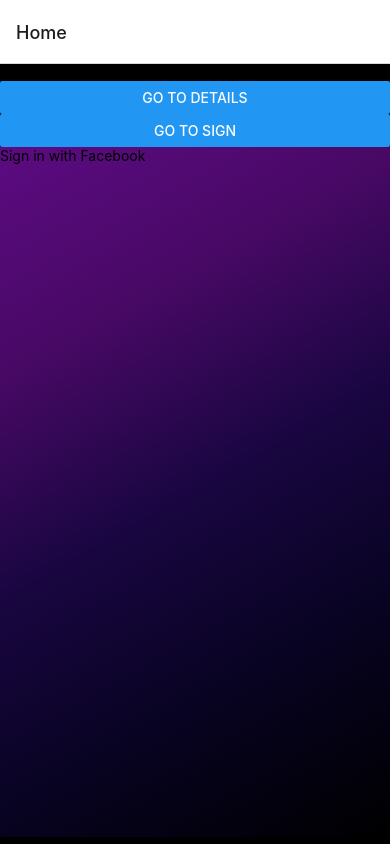
Repository: eyebone/barManager
Screen: /
An editor plug-in stored every save of this project. The screen is shown before and after the next save, followed by the edit.
The app was drawn by React Native's web renderer in a window 390 px wide. The project was rebuilt for these pictures with package versions that can differ from the ones it lists, and the page was loaded fresh each time. Some packages were replaced by stand-ins written for this rebuild. Also part of the build but not shown: components/EmojiPicker.js, components/Button.js, components/ImageViewer.js, components/circleButton.js, components/IconButton.js, view/ViewOne.js, view/Sign.js.

Above is the screen before, as saved 2023-06-26 14:03:28.

After the next save:
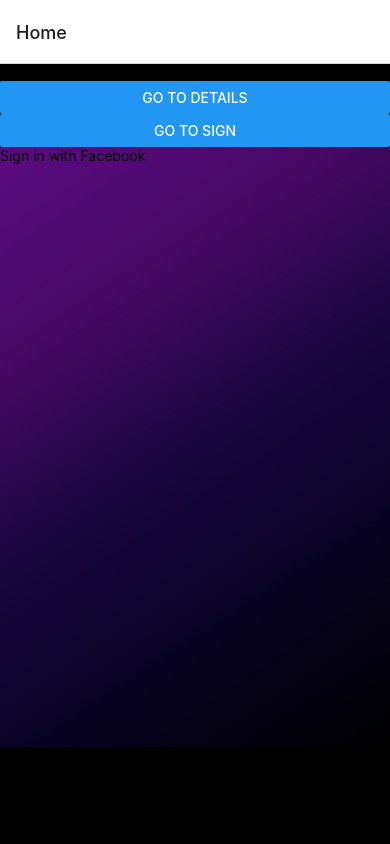
Saved 6 s later.
--- a/App.js
+++ b/App.js
@@ -53,6 +53,6 @@ const styles = StyleSheet.create({
     //    alignItems: 'center',
   },
   linearGradient: {
-    height: 690,
+    height: 600,
   },
 });
